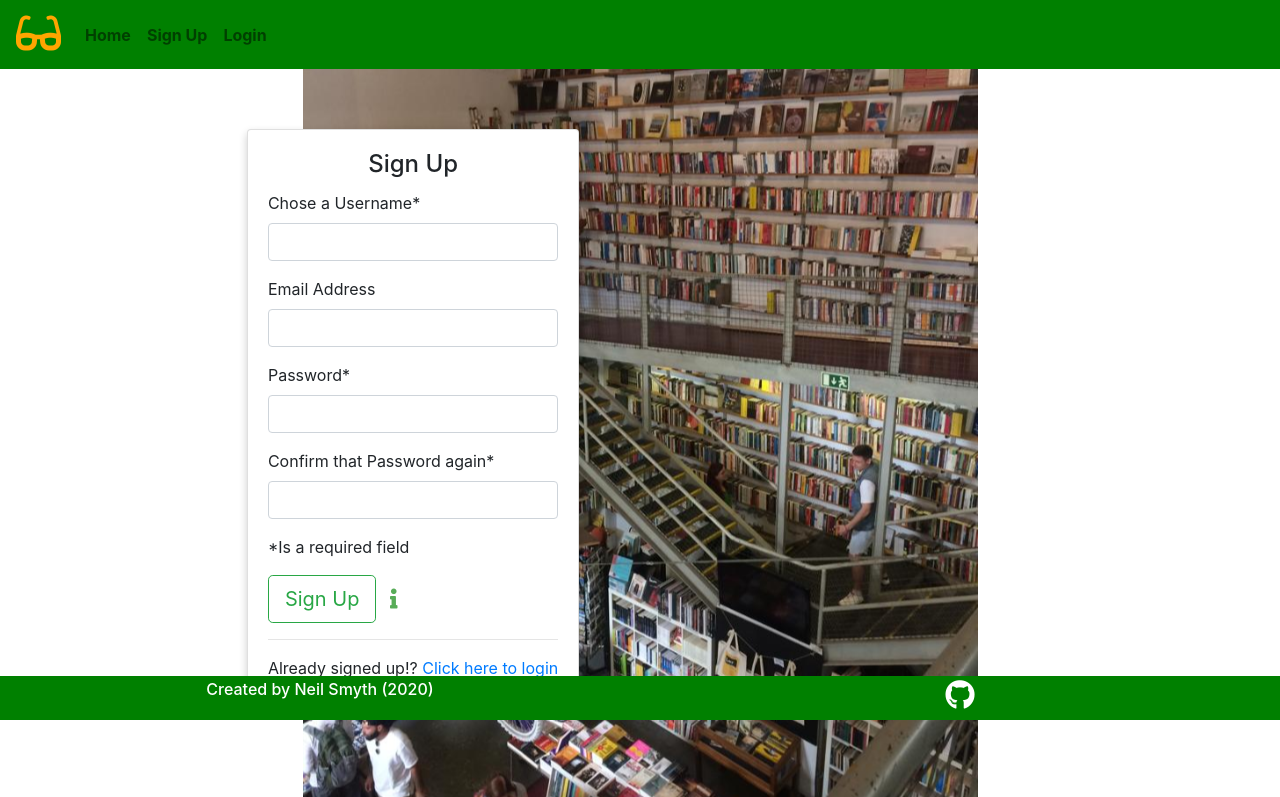
Repository: NeiloErnesto89/Data_Centric_Dev_Milestone_Project3
Page: templates/signup.html
The author's editor kept a record of every edit. The page is drawn from the files as they stood at one moment, then again after the next edit.
The browser window is 1280 px wide. The pictures show the whole page.
Backgrounds fixed to the window are drawn as part of the page. Some web libraries are served in a nearby version. The template is drawn by Flask 3. The application's start-up code is not run. The template is opened directly, without the code that normally fills it, so the values that code supplies are empty.

Above is the page before.

After the next edit:
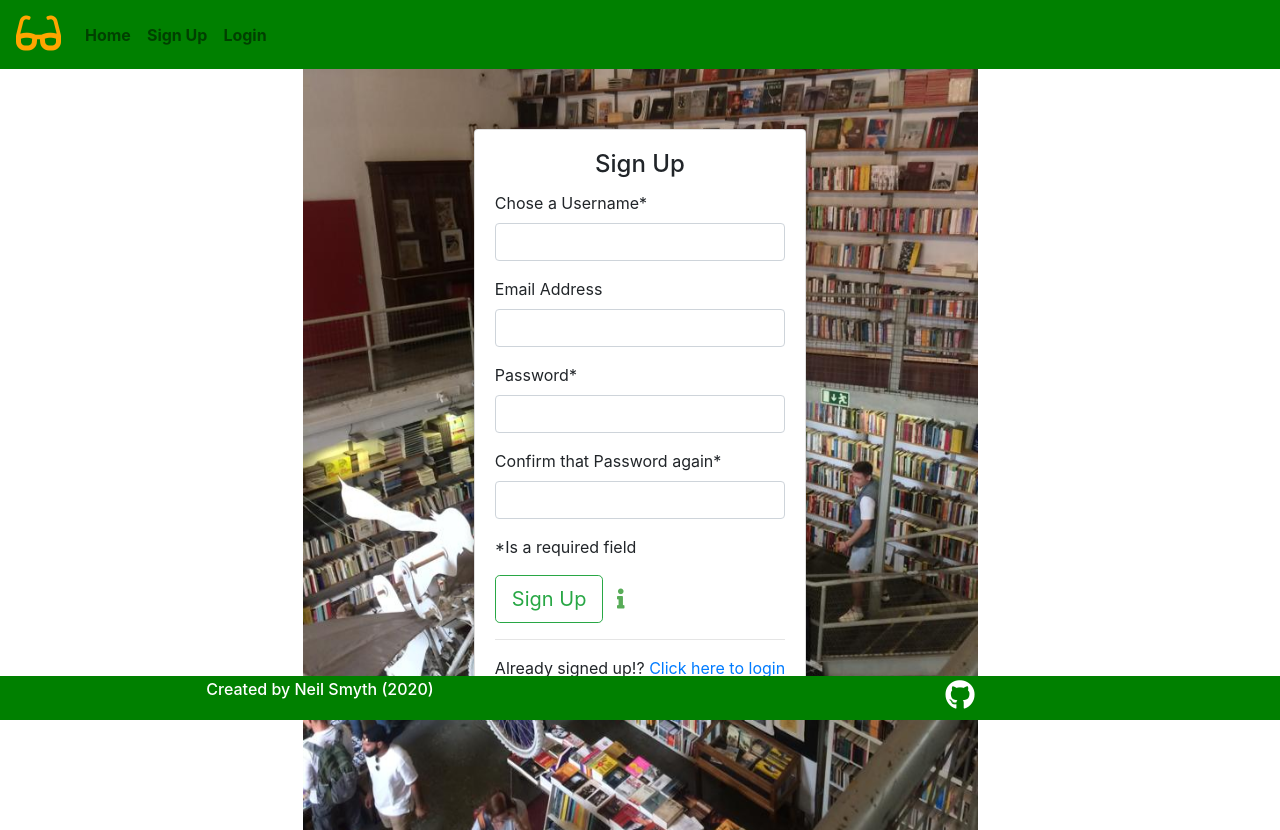
The edit:
--- a/templates/signup.html
+++ b/templates/signup.html
@@ -61,5 +61,7 @@
 
 		</div>
 	</section>
-</div>
+
 {% endblock %}
+
+</div> <!-- COVER -->
